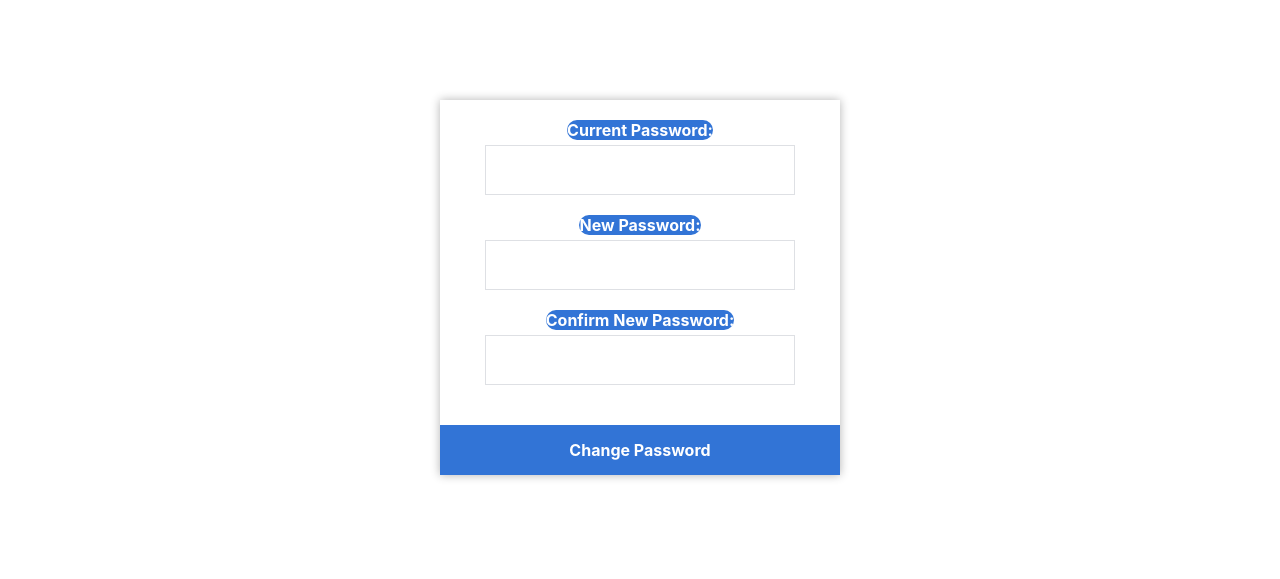
Repository: beroge/proactiveIT
Page: http://localhost/phplogin/change.php
The author's editor kept a copy of each file at every save. The page is drawn from the files as they stood at one save, then again after a run of saves.
The browser window is 1280 px wide. The pictures show the whole page.
The page is run by PHP 8.4 with error messages shown; the project is at /var/www/html/.

Above is the page before, as saved 2023-05-01 14:25:23.

### admin/data/phplogin/change.php
<!DOCTYPE html>
<html>
	<head>
		<meta charset="utf-8">
		<title>Home Page</title>
		<link href="style.css" rel="stylesheet" type="text/css">
		<link rel="stylesheet" href="https://cdnjs.cloudflare.com/ajax/libs/font-awesome/6.2.0/css/all.min.css" integrity="sha512-xh6O/CkQoPOWDdYTDqeRdPCVd1SpvCA9XXcUnZS2FmJNp1coAFzvtCN9BmamE+4aHK8yyUHUSCcJHgXloTyT2A==" crossorigin="anonymous" referrerpolicy="no-referrer">
	</head>
	<body class="login change">


<form action="change_password.php" method="post">
  <label for="current_password">Current Password:</label>
  <input type="password" id="current_password" name="current_password"><br>

  <label for="new_password">New Password:</label>
  <input type="password" id="new_password" name="new_password"><br>

  <label for="confirm_password">Confirm New Password:</label>
  <input type="password" id="confirm_password" name="confirm_password"><br>

  <input type="submit" value="Change Password">
</form>

  </body>
  </html>

### admin/data/phplogin/style.css
* {
    box-sizing: border-box;
    font-family: -apple-system, BlinkMacSystemFont, "segoe ui", roboto, oxygen, ubuntu, cantarell, "fira sans", "droid sans", "helvetica neue", Arial, sans-serif;
    font-size: 16px;
    -webkit-font-smoothing: antialiased;
    -moz-osx-font-smoothing: grayscale;
}
body {
    background-color: #435165;
}
.login {
    width: 400px;
    background-color: #ffffff;
    box-shadow: 0 0 9px 0 rgba(0, 0, 0, 0.3);
    margin: 100px auto;
}
.login h1 {
    text-align: center;
    color: #5b6574;
    font-size: 24px;
    padding: 20px 0 20px 0;
    border-bottom: 1px solid #dee0e4;
}
.login form {
    display: flex;
    flex-wrap: wrap;
    justify-content: center;
    padding-top: 20px;
}
.login form label {
    display: flex;
    justify-content: center;
    align-items: center;
    width: 50px;
    height: 50px;
    background-color: #3274d6;
    color: #ffffff;
}
.change  form label {
    display: flex;
    justify-content: center;
    align-items: center;
    height: fit-content;
    width:fit-content!important;
    background-color: #3274d6;
    color: #ffffff;
    font-weight: bold;
    border-radius: 30px;
    margin-bottom: 5px;
    padding
}
.login form input[type="password"], .login form input[type="text"] {
    width: 310px;
    height: 50px;
    border: 1px solid #dee0e4;
    margin-bottom: 20px;
    padding: 0 15px;
}
.login form input[type="submit"] {
    width: 100%;
    padding: 15px;
   margin-top: 20px;
    background-color: #3274d6;
    border: 0;
    cursor: pointer;
    font-weight: bold;
    color: #ffffff;
    transition: background-color 0.2s;
}
.login form input[type="submit"]:hover {
  background-color: #2868c7;
    transition: background-color 0.2s;
}
.whitetext {
    color:#ffffff!important;
}

After the next 3 saves:
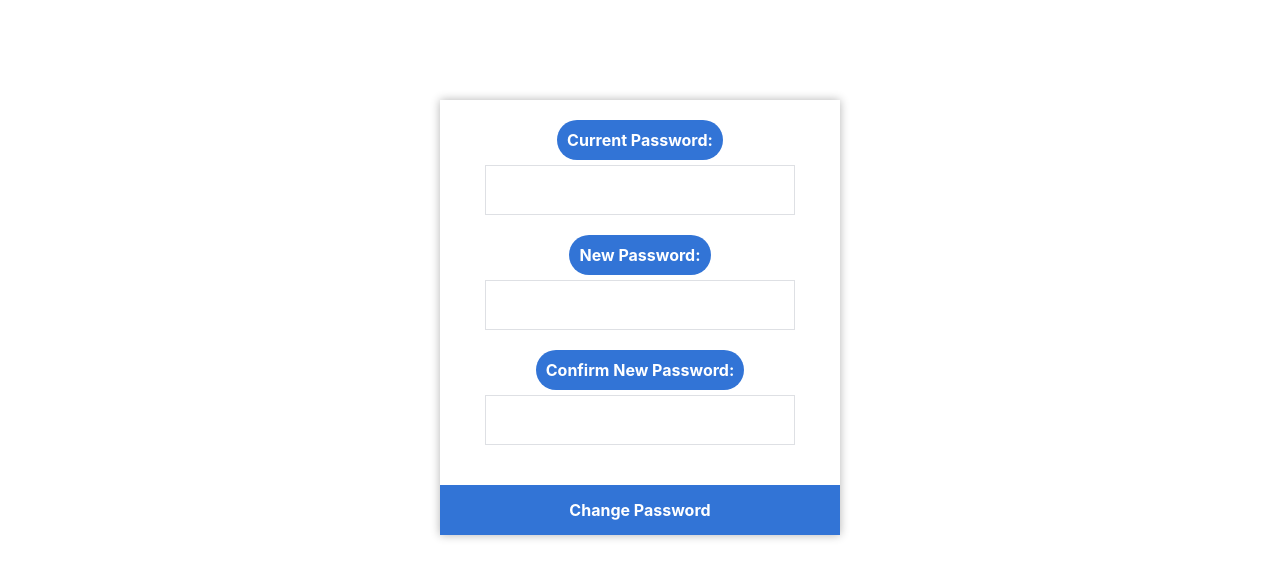
The 3 saves are shown as one change because they came seconds apart.
The last was saved 15 s later.
--- a/admin/data/phplogin/style.css
+++ b/admin/data/phplogin/style.css
@@ -47,7 +47,7 @@ body {
     font-weight: bold;
     border-radius: 30px;
     margin-bottom: 5px;
-    padding
+    padding:10px
 }
 .login form input[type="password"], .login form input[type="text"] {
     width: 310px;
